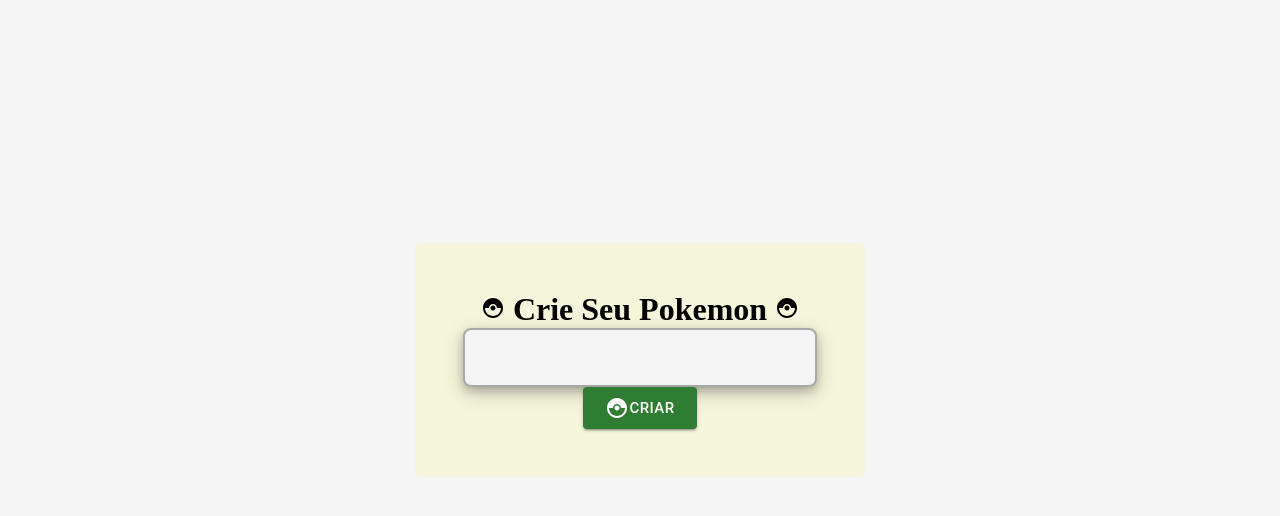
Repository: MilenaMartini/pokedex_react_js
Page: /pokedex/new
An editor plug-in stored every save of this project. The page is shown before and after the next save, followed by the edit.
The browser window is 1280 px wide. The pictures show the whole page.
The page's requests for data from a server got no answer. The project was rebuilt for these pictures with package versions that can differ from the ones it lists, and the page was loaded fresh each time. No one was signed in, and anything a server would have sent is missing. Also part of the build but not shown: src/pages/Login/Styles_Login.js, src/Components/Navbar/Navbar.jsx, src/Components/PokemonCard/Pk_Card.jsx, src/Components/Skeletons/Skeletons.jsx, src/pages/Pg_Pokedex/Pg_Poke.js, src/styles/styles.css, src/Components/Button/Styles_Btn_Login.js, src/Components/Button/Btn_Login.js and 1 more.

Above is the page before, as saved 2023-02-04 11:27:44.

### src/index.js
import React from 'react'
import ReactDOM from 'react-dom/client'
import GlobalStyle from './Styles/Global'
import Routering from './Components/Routes/routes'
import { RecoilRoot } from 'recoil';


const root = ReactDOM.createRoot(document.getElementById('root'));
root.render(
  <React.StrictMode>
    <RecoilRoot>
    <GlobalStyle/>
    <Routering/>
    </RecoilRoot>
  </React.StrictMode>

);

### src/styles/global.js
import { createGlobalStyle } from "styled-components";

const GlobalStyle = createGlobalStyle`

*{
  margin: 0;
  padding: 0;
  box-sizing: border-box;
}

body{
  width: 100vw;
  height: 100vh;
  background-color: #f0f2f5;//fica de olho : ou > possivel erro?
  font-family: poppins

}
`
export default GlobalStyle;

//  box-sizing: border-box; serve para não ter que se preocupa com height e widht, independente do padding ou margin.

### src/Components/Routes/routes.js
import React from "react";
import Login from "../../pages/Login/Pg_Login"
import Poke from "../../pages/Pg_Pokedex/Pg_Poke"
import NewPk from "../../pages/edit_pk/Novo_Pokemon"

import { BrowserRouter as Router, Routes, Route } from "react-router-dom"

const Routering = () => {
  return (
    <Router>
      <Routes>
        <Route path="/" element={<Login/>} />
        <Route path="/pokedex" element={<Poke/>} />
        <Route path="/pokedex/new" element={<NewPk/>} />
        {/* <Route path="/pokedex/:id" element={<NewPk/>} /> */}
      </Routes>
    </Router>
   );
}

export default Routering ;

### src/pages/edit_pk/Novo_Pokemon.js
import {Container,Form} from '../edit_pk/Novo_PkStyles'
import Input from '../../Components/Input/Input'
import { useParams } from 'react-router-dom'
import { useState, useEffect } from 'react'
import Button from '@mui/material/Button';
import CatchingPk from '@mui/icons-material/CatchingPokemon';
function Novo_Pokemon() {
    const {id} = useParams()

     const pk = async (event) => {
      try {
         window.close('pokedex/new', '_self')
         }
       catch(err){
         alert('Algo deu errado :c' + err)
       }
      }

    const [newPk, setNewPk] = useState([])

    useEffect(() => {
      fetch('http://localhost:3000/pokedex/new', {
        method: 'GET',
        headers: {
          'Content-Type': 'application/json',
        },
      }).then(resp => resp.json())
      .then((data) => {
        setNewPk(data)
      })
      .catch(err => console.log)
    }, [id])

  return(
    <Container>
      <Form>

        <h1><CatchingPk/> Crie Seu Pokemon <CatchingPk/> </h1>
        <Input
          name='Nome'
         placeholder='Digite o nome do Pokemon'
         //  componente personalizado
        />

       <Button size="large"  variant="contained" color="success" onClick={pk}>
       <CatchingPk /> Criar</Button>
      </Form>
    </Container>
)}

export default Novo_Pokemon

### src/Components/Input/Input.js
import React from 'react'
import { InputCustomzado } from './Styles_Input'


const Input = () => {
  return (
    <InputCustomzado/>
  );
}

export default Input;

### src/pages/edit_pk/Novo_PkStyles.js
import styled from 'styled-components'


export const Container = styled.div`
  display: flex;
  justify-content: center;
  align-items: center;
  height: 100vh;
  min-width: 100vw;
  background-color: whitesmoke
`

export const Form = styled.div`
display: flex;
  padding: 3rem;
  flex-direction: column;
  align-items: center;
  justify-content: center;
  background-color: beige;
  border-radius: 5px;
  width: 100%;
  max-width: 450px;
  gap: 30px 0px

h1 {
  color: #2c2c2c;
  font-size: 29px;
  font-weight: bold;
}

a {
  color: #2c2c2c;
  font-size: 15px;
  font-weight: bold;
}

p {
  color: gray;
  font-size: 15px;
  font-weight: bold;
}

`

### src/Components/Input/Styles_Input.js
import styled from 'styled-components'


export const InputCustomzado = styled.input`
  color: black;
  font-size: 20px;
  background-color: whitesmoke;
  border: 2px solid darkgray;
  border-radius: 8px;
  box-shadow: 0 4px 8px 0 rgba(0, 0, 0, 0.2), 0 6px 20px 0 rgba(0, 0, 0, 0.19);
  padding: 16px 20px;
  width: 100%;

    input::placehalder {
      color: #FFF;
      font-size: 12px;
      opacity: 0.7;
    }
`

Loaded but not shown: public/index.html (common file)

After the next save:
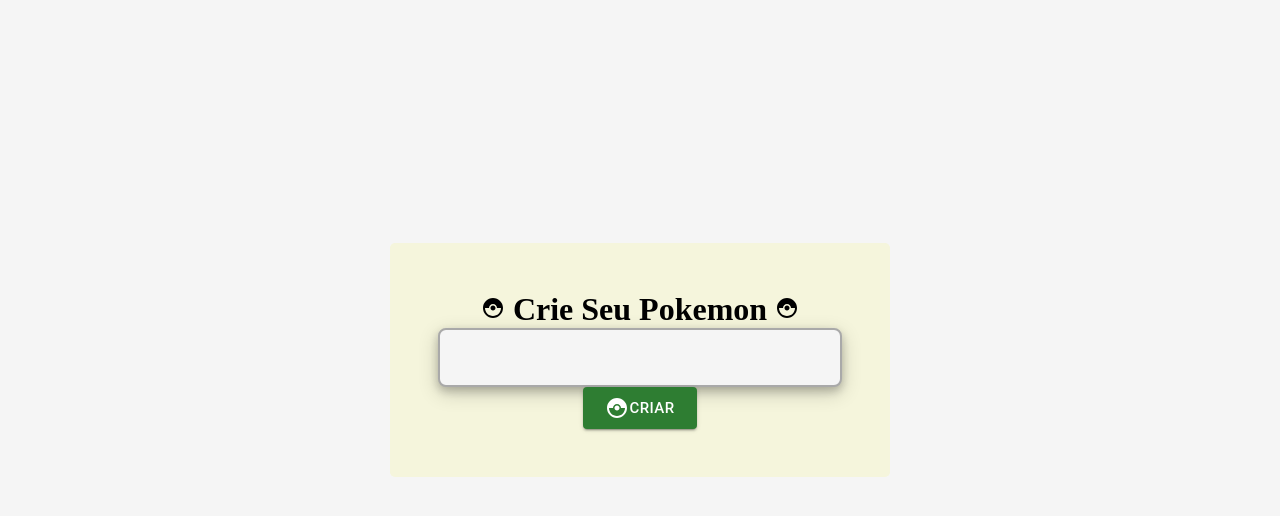
Saved 12 s later.
--- a/src/pages/edit_pk/Novo_PkStyles.js
+++ b/src/pages/edit_pk/Novo_PkStyles.js
@@ -19,7 +19,7 @@
   background-color: beige;
   border-radius: 5px;
   width: 100%;
-  max-width: 450px;
+  max-width: 500px;
   gap: 30px 0px
 
 h1 {
